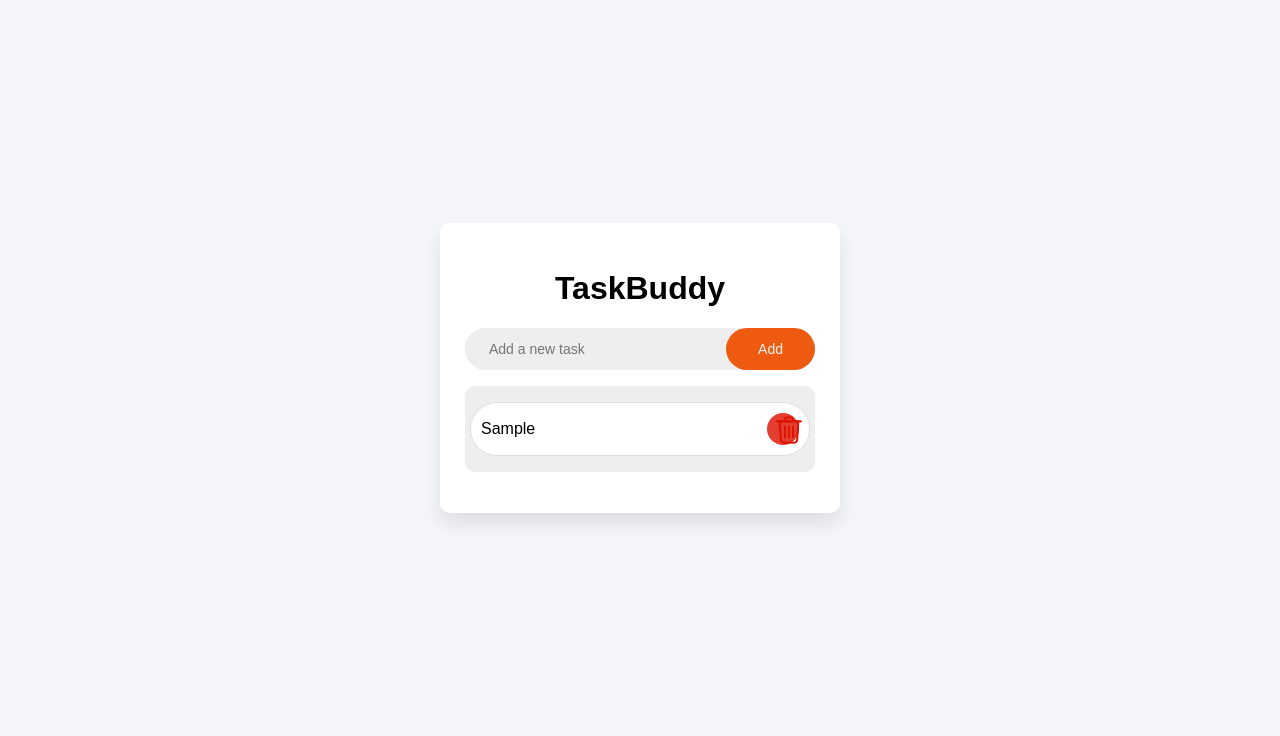
Repository: yogeshnandwani/taskbuddy-todo
Page: index.html
These files come from the project's save history. The page is drawn as it stood at one moment and after the next save; the edit follows.
The browser window is 1280 px wide. The pictures show the whole page.
Empty fields were first filled with sample values (such as "Sample", 5 or name@example.com).
After loading, the first visible `#addBtn` was clicked once.

Above is the page before, as saved 2026-03-16 18:13:21.

### index.html
<!DOCTYPE html>
<html lang="en">
<head>
<meta charset="UTF-8">
<title>TaskBuddy</title>
<link rel="stylesheet" href="css/style.css">
</head>

<body>

<div class="app">

<h1>TaskBuddy</h1>

<div class="task-input">
<input type="text" id="taskInput" placeholder="Add a new task">
<button id="addBtn">Add</button>
</div>

<ul id="taskList"></ul>

</div>

<script src="js/script.js"></script>

</body>
</html>

### css/style.css
body{
    font-family: Arial, sans-serif;
    background:#f4f6f9;
    display:flex;
    justify-content:center;
    align-items:center;
    height:100vh;
}

.app{
    background:white;
    padding:25px;
    border-radius:10px;
    width:350px;
    box-shadow:0 10px 20px rgba(0,0,0,0.1);
}

h1{
    text-align:center;
}

.task-input{
    display:flex;
    border-radius: 50px;
    background-color: #eee;
}

input{
    flex:1;
    padding:8px;
    border: none;
    border-radius: 50px;
    padding: 0.8rem 1.5rem;
    background-color: #eee;
    font-size: 14px;
}

input:focus{
    outline: none;
}

#addBtn{
    padding:0.8rem 2rem;
    border: none;
    border-radius: 50px;
    background-color: #ee5a10;
    color: #f4f6f9;
    cursor:pointer;
    font-size: 14px;
}

ul{
    background-color: #eee;
    border-radius: 10px;
    display: flex;
    padding: 1rem;
    gap: 10px;
    flex-direction: column;
    justify-content: center;
    align-items: center;
}

li{
    background:#fff;
    display: flex;
    align-items: center;
    padding: 10px;
    justify-content: space-between;
    border: 1px solid #0000001f;
    border-radius: 50px;
    width: 100%;
    display:flex;
    justify-content:space-between;
}

li .delete{
    width: 2rem;
    height: 2rem;
    border: none;
    border-radius: 1rem;
    background-color: #e33e2f;
}

### js/script.js
const input = document.getElementById("taskInput")
const addBtn = document.getElementById("addBtn")
const list = document.getElementById("taskList")

addBtn.addEventListener("click", addTask)

function addTask(){
    const taskText = input.value.trim()

    if(taskText === "") return

    const li = document.createElement("li")

    li.innerHTML = `
    <span>${taskText}</span>
    <button class="delete"><img src="images/delete.png" alt="Delete icon"></button>
    `

    list.appendChild(li)

    input.value=""
}

After the next save:
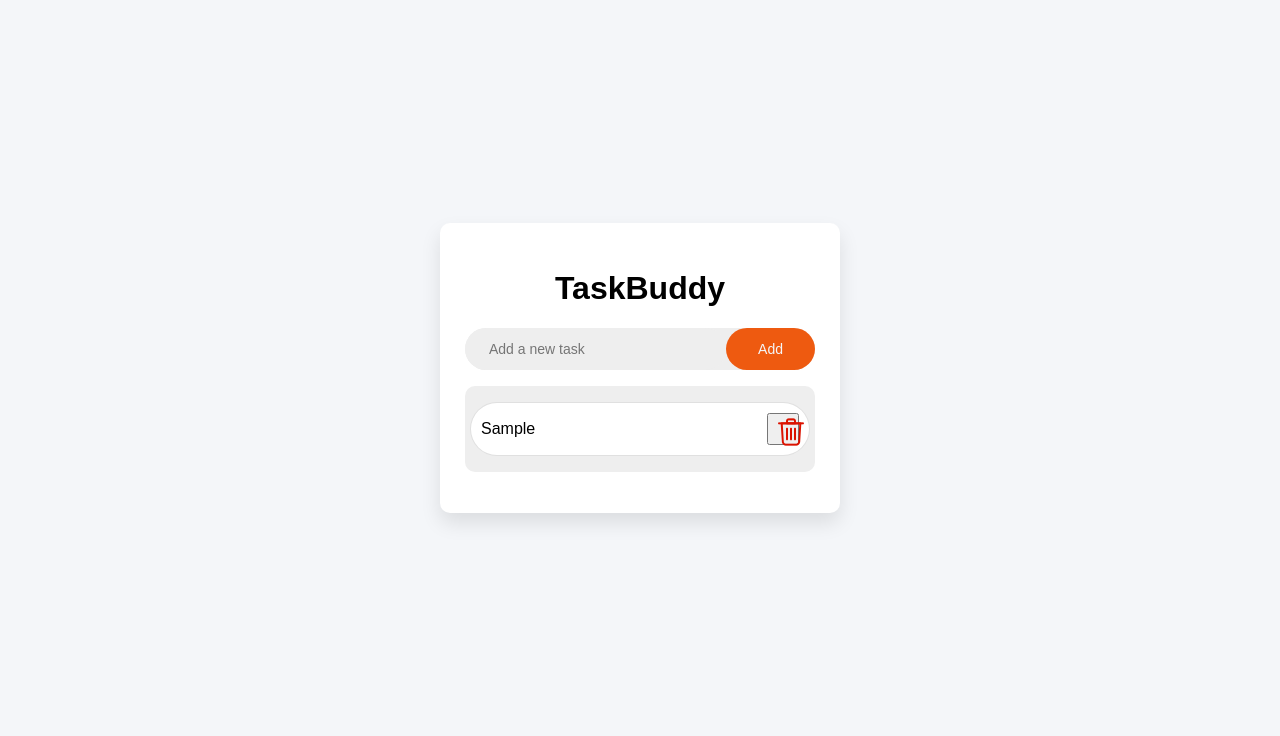
Saved 46 s later.
--- a/css/style.css
+++ b/css/style.css
@@ -76,7 +76,4 @@ li{
 li .delete{
     width: 2rem;
     height: 2rem;
-    border: none;
-    border-radius: 1rem;
-    background-color: #e33e2f;
 }
